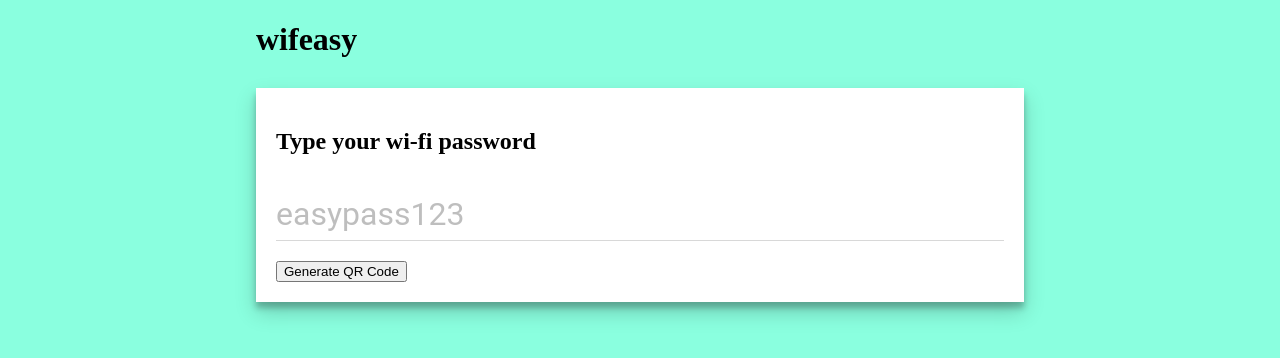
Repository: akagabi/wifeasy
Page: index.html
These files come from the project's save history. The page is drawn as it stood at one moment and after the next save; the edit follows.
The browser window is 1280 px wide. The pictures show the whole page.

Above is the page before, as saved 2018-12-25 12:53:42.

### index.html
<!DOCTYPE html>
<html lang="en">
<head>
    <meta charset="UTF-8">
    <meta name="viewport" content="width=device-width, initial-scale=1.0">
    <meta http-equiv="X-UA-Compatible" content="ie=edge">
    <title>Wifeasy</title>
    <link rel="stylesheet" href="style.css">
    <script src="index.js"></script>
</head>
<body>
    <div class="wrapper">
        <header class="header">
            <h1 class="header__title">
                wifeasy
            </h1>
        </header>
        <section class="steps">
            <article class="steps__container">
                <form class="form">
                    <h2 class="steps__title">
                        Type your wi-fi password
                    </h2>
                    <label class="input__wrapper">
                        <div class="input__container">
                            <input type="text" class="input" placeholder="easypass123">
                            <div class="input__line"></div>
                            <span class="input__placeholder">
                                easypass123
                            </span>
                        </div>
                    </label>
                    <div class="buttons">
                        <button type="button">
                            Generate QR Code
                        </button>
                    </div>
                </form>
            </article>
            <article class="steps__container hidden">

            </article>
        </section>
    </div>
</body>
</html>

### style.css
body {
    background-color: rgb(138, 255, 223);
}

.wrapper {
    margin: 0 auto;
    max-width: 768px;
}

.header__title {
    margin-bottom: 30px;
}

.input__wrapper {
    display: block;
    margin-bottom: 20px;
}

  .input {
    font-family: "Roboto";
    background-color: transparent;
    border: 0;
    color: #333333;
    font-size: 32px;
    line-height: 1.13;
    margin-top: 23px;
    outline: none;
    margin-bottom: 5px;
    position: relative;
    transition: border 0.125s ease-in-out;
    width: 100%;
  }
  .input::placeholder {
    color: transparent;
  }

  .input:placeholder-shown + .input__line::after {
    width: 0;
  }

  .input:placeholder-shown ~ .input__placeholder {
    font-size: 32px;
    opacity: 0.25;
    transform: translateY(0);
  }

  .input__container {
    position: relative;
  }

  .input__line {
    background-color: rgba(102, 102, 102, 0.25);
    bottom: 0;
    height: 1px;
    left: 0;
    position: absolute;
    right: 0;
  }

  .input__line::after {
    background-color: #00a2b5;
    content: "";
    position: absolute;
    left: 0;
    height: 2px;
    bottom: 0;
    width: 100%;
    transition: width 0.325s ease-in-out;
  }

  .input__wrapper {
    display: block;
  }

  .input__placeholder {
    font-family: "Roboto";
    bottom: 8px;
    left: 0;
    position: absolute;
    opacity: 0;
    pointer-events: none;
    transition: all 0.125s ease-in-out;
  }

  .steps {
    background-color: #fff;
    box-shadow: 0 10px 20px rgba(0,0,0,0.19), 0 6px 6px rgba(0,0,0,0.23);
    padding: 20px;
  }

Loaded but not shown: index.js (no copy from this time; the picture is the same without it)

After the next save:
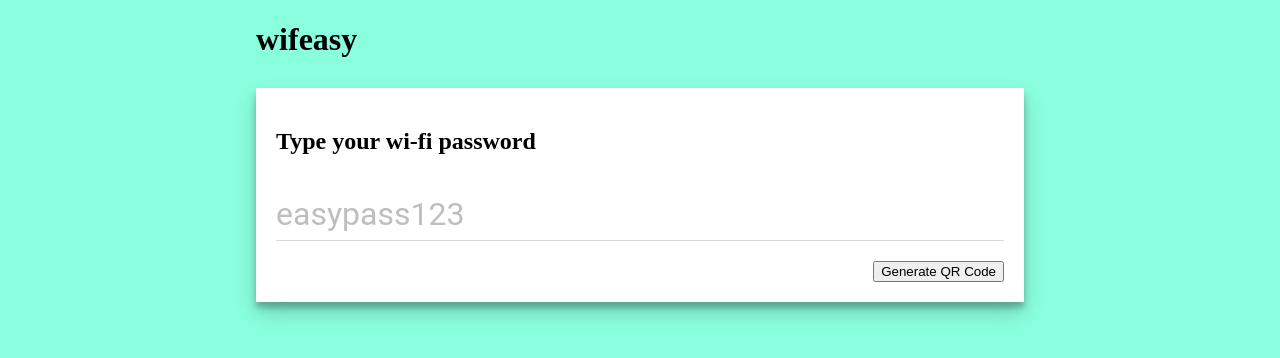
Saved 10 s later.
--- a/style.css
+++ b/style.css
@@ -87,3 +87,8 @@
     box-shadow: 0 10px 20px rgba(0,0,0,0.19), 0 6px 6px rgba(0,0,0,0.23);
     padding: 20px;
   }
+
+  .buttons {
+      display: flex;
+      justify-content: flex-end;
+  }
